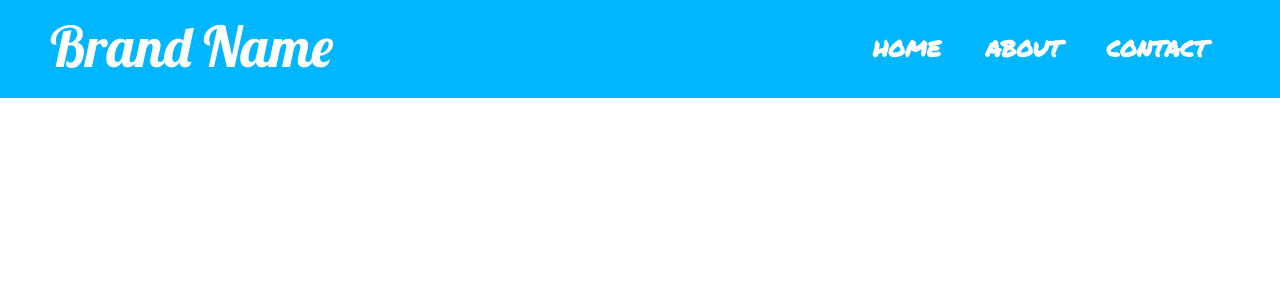
Repository: Jrap-bit/PeriodofSharing
Page: index.html
The author's editor kept a copy of each file at every save. The page is drawn from the files as they stood at one save, then again after the next save.
The browser window is 1280 px wide. The pictures show the whole page.

Above is the page before, as saved 2022-01-13 21:28:41.

### index.html
<!DOCTYPE html>
<html lang="en">
<head>
    <meta charset="UTF-8">
    <meta http-equiv="X-UA-Compatible" content="IE=edge">
    <meta name="viewport" content="width=device-width, initial-scale=1.0">
    <link rel='stylesheet' href = 'style.css'>
    <title>Women</title>
</head>
<body>
    <nav class="navbar">
        <div class="brand-title">
            Brand Name
        </div>
        <a href="#" class="toggle-button">
            <span class="bar"></span>
            <span class="bar"></span>
            <span class="bar"></span>
        </a>
        <div class="navbar-links">
            <ul>
                <li><a href="#Home">HOME</a></li>
                <li><a href="#About">ABOUT</a></li>
                <li><a href="#Contact">CONTACT</a></li>
            </ul>
        </div>
    </nav>
</body>
</html>

### style.css
@import url('https://fonts.googleapis.com/css2?family=DM+Sans:wght@500&display=swap');
@import url('https://fonts.googleapis.com/css2?family=Bebas+Neue&family=Lobster&family=Permanent+Marker&display=swap');

* {
    box-sizing: border-box;
    font-family: 'DM Sans', sans-serif;
}

body {
    margin: 0;
    padding: 0;
}

html{
    scroll-behavior: smooth;
}

.navbar{
    display: flex;
    justify-content: space-between;
    align-items: center;
    background-color: rgb(0, 183, 255);
    color: white;

}

.brand-title{
    font-family: 'Lobster', cursive;
    font-size: 3.5rem;
    margin: 10px 50px;
    margin-bottom: 15px;

}

.navbar-links ul{
    margin: 10px 50px 10px 50px;
    display: flex;
}

.navbar-links li {
    font-family: 'Permanent Marker', cursive;
    font-weight: bold;
    list-style: none;
    font-size: 1.4rem;

}

.navbar-links li a{
    font-family: 'Permanent Marker', cursive;
    text-decoration: none;
    color: white;
    padding: 1.4rem;
    display: block;
}

.navbar-links li:hover{
    background-color: rgb(1, 54, 75);
}

.toggle-button {
    position: absolute;
    top: .75rem;
    right: 1rem;
    display: none;
    flex-direction: column;
    justify-content: space-between;
    width: 30px;
    height: 21px;
}

.toggle-button .bar{
    height: 3px;
    width: 100%;
    background-color: white;
    border-radius: 10px;
}

@media (max-width: 800px) {
    .toggle-button{
        display: flex;
    }
    .navbar-links{
        display: none;
        width: 100%;
    }

    .navbar{
        flex-direction: column;
        align-items: flex-start;
    }

    .navbar-links ul {
        flex-direction: column;
        width: 100%;

    }

    .navbar-links li{
        text-align: center;
    }

    .navbar-links li a{
        padding: 0.5rem 1rem;
    }

    .navbar-links.active{
        display: flex;
    }

    .toggle-button:hover{
        background-color: #666;
    }
}

After the next save:
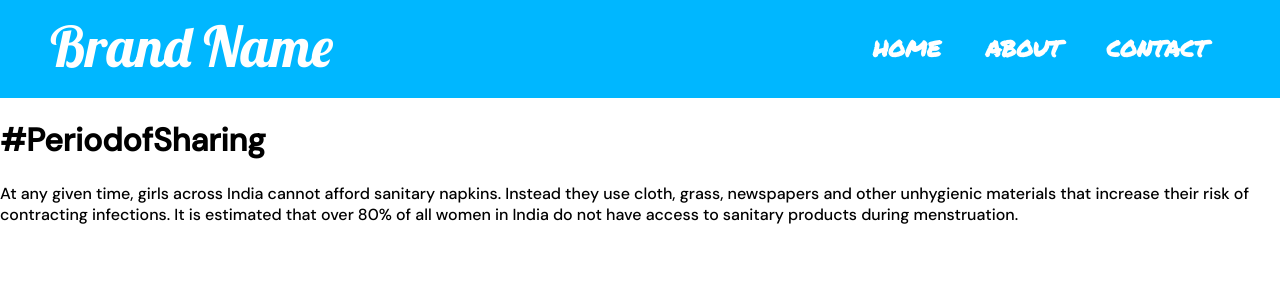
Saved 2 h 17 min later.
--- a/index.html
+++ b/index.html
@@ -1,29 +1,37 @@
 <!DOCTYPE html>
 <html lang="en">
-<head>
-    <meta charset="UTF-8">
-    <meta http-equiv="X-UA-Compatible" content="IE=edge">
-    <meta name="viewport" content="width=device-width, initial-scale=1.0">
-    <link rel='stylesheet' href = 'style.css'>
+  <head>
+    <meta charset="UTF-8" />
+    <meta http-equiv="X-UA-Compatible" content="IE=edge" />
+    <meta name="viewport" content="width=device-width, initial-scale=1.0" />
+    <link rel="stylesheet" href="style.css" />
     <title>Women</title>
-</head>
-<body>
+  </head>
+  <body>
     <nav class="navbar">
-        <div class="brand-title">
-            Brand Name
-        </div>
-        <a href="#" class="toggle-button">
-            <span class="bar"></span>
-            <span class="bar"></span>
-            <span class="bar"></span>
-        </a>
-        <div class="navbar-links">
-            <ul>
-                <li><a href="#Home">HOME</a></li>
-                <li><a href="#About">ABOUT</a></li>
-                <li><a href="#Contact">CONTACT</a></li>
-            </ul>
-        </div>
+      <div class="brand-title">Brand Name</div>
+      <a href="#" class="toggle-button">
+        <span class="bar"></span>
+        <span class="bar"></span>
+        <span class="bar"></span>
+      </a>
+      <div class="navbar-links">
+        <ul>
+          <li><a href="#Home">HOME</a></li>
+          <li><a href="#About">ABOUT</a></li>
+          <li><a href="#Contact">CONTACT</a></li>
+        </ul>
+      </div>
     </nav>
-</body>
+    <div id="Home" class="home">
+        <h1>#PeriodofSharing</h1>
+      <p>
+        At any given time, girls across India cannot afford sanitary napkins.
+        Instead they use cloth, grass, newspapers and other unhygienic materials
+        that increase their risk of contracting infections. It is estimated that
+        over 80% of all women in India do not have access to sanitary products
+        during menstruation.
+      </p>
+    </div>
+  </body>
 </html>
